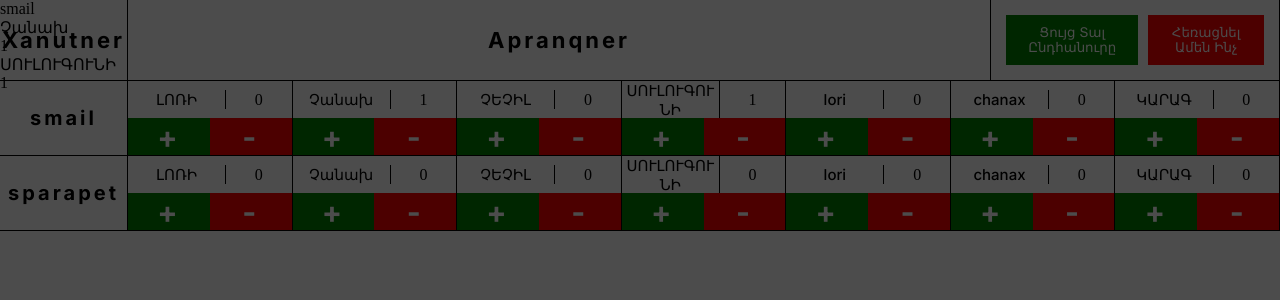
Repository: AbApin/amasia
Page: /
These files come from the project's save history. The page is drawn as it stood at one moment and after a run of saves; the edit follows.
The browser window is 1280 px wide. The pictures show the whole page.
The project was rebuilt for these pictures with package versions that can differ from the ones it lists, and the page was loaded fresh each time. Also part of the build but not shown: vue.config.js.

Above is the page before, as saved 2023-01-28 16:59:17.

### public/index.html
<!DOCTYPE html>
<html lang="">
  <head>
    <meta charset="utf-8" />
    <meta http-equiv="X-UA-Compatible" content="IE=edge" />
    <meta name="viewport" content="width=device-width,initial-scale=1.0" />
    <link rel="icon" href="<%= BASE_URL %>favicon.ico" />
    <title><%= htmlWebpackPlugin.options.title %></title>
    <link
      href="https://fonts.googleapis.com/css?family=Inter:100,200,300,regular,500,600,700,800,900"
      rel="stylesheet"
    />
  </head>
  <body>
    <noscript>
      <strong
        >We're sorry but <%= htmlWebpackPlugin.options.title %> doesn't work properly without
        JavaScript enabled. Please enable it to continue.</strong
      >
    </noscript>
    <div id="app"></div>
    <!-- built files will be auto injected -->
  </body>
</html>

### src/App.vue
<template>
  <div id="app">
    <div class="header">
      <h2 class="xanutnerTitle">Xanutner</h2>
      <h2 class="apranqnerTitle">Apranqner</h2>
      <div class="cuycTal">
        <button class="cuycTalBtn" @click="isClick = true">ցույց տալ ընդհանուրը</button>
        <button class="heracnelBtn">հեռացնել ամեն ինչ</button>
      </div>
      <div class="endhanurQanak">
        <div class="container">
          <ul class="endhanurQanakiList">
            <li
              v-for="xanutiAnun in Object.keys(ZAKAZNER)"
              :key="xanutiAnun"
              class="endhanurQanakiListItem"
            >
              <p>{{ xanutiAnun }}</p>
              <ul class="endhanurApranqneriList">
                <li
                  v-for="endhanurApranq in ZAKAZNER[xanutiAnun]"
                  :key="endhanurApranq.anun"
                  class="endhanurApranqneriListItem"
                >
                  <p class="endhanurApranqneriListItemAnun">{{ endhanurApranq.anun }}</p>
                  <p class="endhanurApranqneriListItemQanak">{{ endhanurApranq.qanak }}</p>
                </li>
              </ul>
            </li>
          </ul>
        </div>
      </div>
    </div>
    <div class="content">
      <ul class="contentList">
        <li v-for="xanutiAnun in Object.keys(XANUTNER)" :key="xanutiAnun" class="contentItem">
          <p class="xanutiAnun">{{ xanutiAnun }}</p>
          <ul class="apranqneriList">
            <li
              v-for="(apranq, apranqiHamar) in XANUTNER[xanutiAnun]"
              :key="apranqiHamar"
              class="apranqneriListItem"
            >
              <div class="apranqiText">
                <p class="apranqiAnun">{{ apranq.anun }}</p>
                <p class="apranqiQanak">{{ apranq.qanak }}</p>
              </div>
              <div class="apranqiAvelPakas">
                <button class="plus apranqiBtn" @click="AVELACNEL({ xanutiAnun, apranqiHamar })">
                  +
                </button>
                <button class="minus apranqiBtn" @click="PAKASACNEL({ xanutiAnun, apranqiHamar })">
                  -
                </button>
              </div>
            </li>
          </ul>
        </li>
      </ul>
    </div>
  </div>
</template>

<script>
import { mapGetters, mapMutations } from 'vuex';
export default {
  name: 'App',
  components: {},
  data() {
    return {
      isClick: false,
    };
  },
  mounted() {
    console.log(this.ZAKAZNER);
  },
  methods: {
    ...mapMutations(['AVELACNEL', 'PAKASACNEL']),
    // avelacnel(obj) {
    //   this.AVELACNEL(obj);
    // },
    // pakasacnel(obj) {
    //   this.PAKASACNEL(obj);
    // },
  },
  computed: {
    ...mapGetters(['XANUTNER', 'ZAKAZNER']),
  },
};
</script>

<style>
*,
*::after,
*::before {
  margin: 0;
  padding: 0;
  box-sizing: border-box;
}
ul {
  list-style: none;
}
#app {
  display: flex;
  flex-direction: column;
  min-height: 100vh;
}
.header {
  display: flex;
  justify-content: space-between;
  width: 100%;
}
.xanutnerTitle {
  width: 10%;
  display: flex;
  align-items: center;
  justify-content: center;
  font-family: 'Inter';
  font-size: 22px;
  font-weight: 700;
  letter-spacing: 3px;
  padding: 20px 30px;
  border: 1px solid #000;
  border-top: 0;
  border-left: 0;
}
.apranqnerTitle {
  width: 75%;
  display: flex;
  align-items: center;
  justify-content: center;
  font-family: 'Inter';
  font-size: 22px;
  font-weight: 700;
  letter-spacing: 3px;
  padding: 20px 30px;
  border: 1px solid #000;
  border-top: 0;
  border-left: 0;
}
.contentList {
  display: flex;
  flex-direction: column;
}
.contentItem {
  display: flex;
  justify-content: space-between;
}
.xanutiAnun {
  display: flex;
  align-items: center;
  justify-content: center;
  width: 10%;
  font-family: 'Inter';
  font-size: 20px;
  font-weight: 700;
  letter-spacing: 3px;
  word-wrap: break-word;
  padding: 20px 30px;
  border: 1px solid #000;
  border-top: 0;
  border-left: 0;
}
.apranqneriList {
  width: 90%;
  display: flex;
  justify-content: space-between;
}
.apranqneriListItem {
  display: flex;
  flex-direction: column;
  flex: 1 1 0;
  border: 1px solid #000;
  border-top: 0;
  border-left: 0;
}
.apranqiText {
  display: flex;
  justify-content: space-between;
  align-items: center;
  height: 50%;
}
.apranqiAnun {
  font-family: 'Inter';
  font-size: 15px;
  font-weight: 500;
  word-wrap: break-word;
  text-align: center;
  width: 60%;
  border-right: 1px solid #000;
}
.apranqiQanak {
  display: flex;
  justify-content: center;
  align-items: center;
  width: 40%;
}
.apranqiAvelPakas {
  display: flex;
  justify-content: space-between;
  width: 100%;
  height: 50%;
}
.apranqiBtn {
  display: inline-flex;
  justify-content: center;
  align-items: center;
  font-family: 'Inter';
  font-size: 30px;
  font-weight: 700;
  letter-spacing: 3px;
  border: none;
  color: #fff;
  width: 50%;
  cursor: pointer;
}
.plus {
  background: green;
}
.minus {
  background: red;
}
.cuycTal {
  width: 25%;
  display: flex;
  align-items: center;
  justify-content: space-between;
  gap: 10px;
  padding: 15px;
  border: 1px solid #000;
  border-left: 0;
  border-top: 0;
}
.heracnelBtn,
.cuycTalBtn {
  display: inline-block;
  padding: 10px;
  border: none;
  color: #fff;
  text-transform: capitalize;
  cursor: pointer;
  transition: all 0.3s linear;
}
.heracnelBtn {
  background: red;
}
.cuycTalBtn {
  background: green;
}

/* endahnur */
.endhanurQanak {
  position: fixed;
  z-index: 999;
  top: 0;
  left: 0;
  width: 100%;
  height: 100%;
  background-color: rgba(0, 0, 0, 0.7);
}
</style>

### src/store/index.js
import Vuex from 'vuex';
import Vue from 'vue';

Vue.use(Vuex);

const store = new Vuex.Store({
  state: {
    xanutner: {
      smail: [
        { anun: 'ԼՈՌԻ', qanak: 0 },
        { anun: 'Չանախ', qanak: 1 },
        { anun: 'ՉԵՉԻԼ', qanak: 0 },
        { anun: 'ՍՈՒԼՈՒԳՈՒՆԻ', qanak: 1 },
        { anun: 'lori', qanak: 0 },
        { anun: 'chanax', qanak: 0 },
        { anun: 'ԿԱՐԱԳ', qanak: 0 },
      ],
      sparapet: [
        { anun: 'ԼՈՌԻ', qanak: 0 },
        { anun: 'Չանախ', qanak: 0 },
        { anun: 'ՉԵՉԻԼ', qanak: 0 },
        { anun: 'ՍՈՒԼՈՒԳՈՒՆԻ', qanak: 0 },
        { anun: 'lori', qanak: 0 },
        { anun: 'chanax', qanak: 0 },
        { anun: 'ԿԱՐԱԳ', qanak: 0 },
      ],
    },
  },
  mutations: {
    AVELACNEL(state, payload) {
      state.xanutner[payload.xanutiAnun][payload.apranqiHamar].qanak += 1;
    },
    PAKASACNEL(state, payload) {
      let qanak = state.xanutner[payload.xanutiAnun][payload.apranqiHamar].qanak;
      console.log(qanak);
      if (qanak >= 1) {
        state.xanutner[payload.xanutiAnun][payload.apranqiHamar].qanak -= 1;
      }
    },
  },
  getters: {
    XANUTNER(state) {
      return state.xanutner;
    },
    ZAKAZNER(state) {
      let zakazner = {};
      Object.keys(state.xanutner).forEach((xanut) => {
        zakazner[xanut] = state.xanutner[xanut].filter(function (el) {
          return el.qanak > 0;
        });
        if (zakazner[xanut].length === 0) {
          delete zakazner[xanut];
        }
      });

      return zakazner;
    },
  },
});

export default store;

Loaded but not shown: src/main.js (common file)

After the next 3 saves:
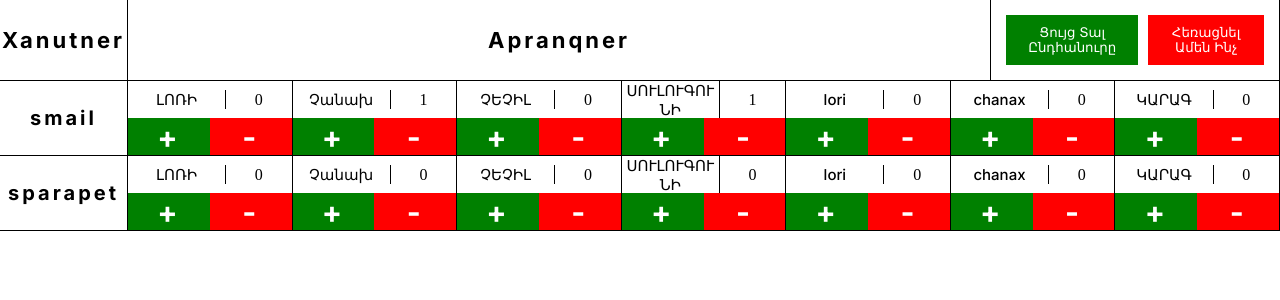
The 3 saves are shown as one change because they came seconds apart.
The last was saved 19 s later.
--- a/src/App.vue
+++ b/src/App.vue
@@ -7,7 +7,7 @@
         <button class="cuycTalBtn" @click="isClick = true">ցույց տալ ընդհանուրը</button>
         <button class="heracnelBtn">հեռացնել ամեն ինչ</button>
       </div>
-      <div class="endhanurQanak">
+      <div v-show="isClick" class="endhanurQanak">
         <div class="container">
           <ul class="endhanurQanakiList">
             <li
